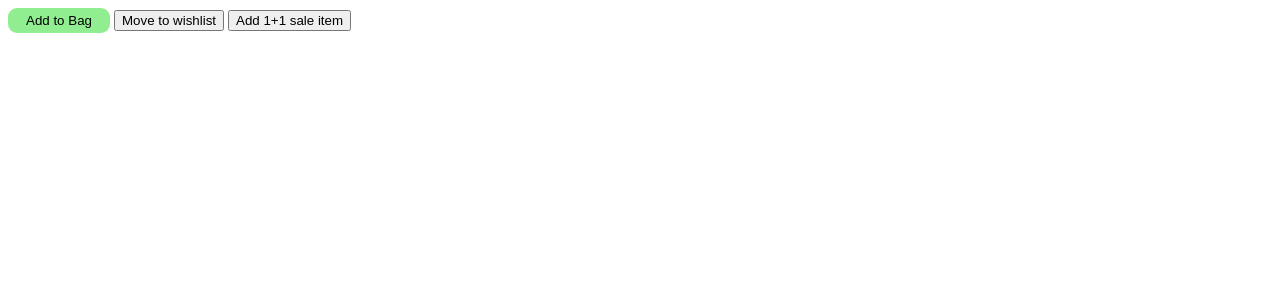
Repository: nihalani20/Learning-Js
Page: practice_set2/index.html
The author's editor kept a copy of each file at every save. The page is drawn from the files as they stood at one save, then again after the next save.
The browser window is 1280 px wide. The pictures show the whole page.

Above is the page before, as saved 2023-12-09 12:24:40.

After the next save:
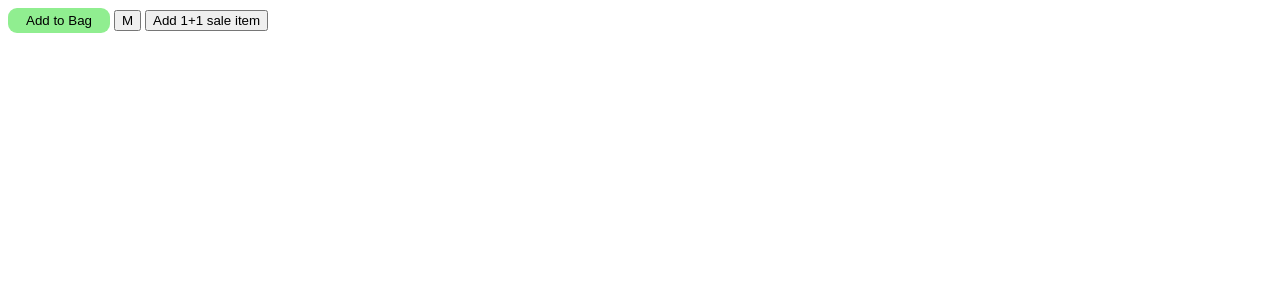
Saved 12 s later.
--- a/practice_set2/index.html
+++ b/practice_set2/index.html
@@ -10,7 +10,7 @@
 <body>
   <main>
      <button class="bag" onclick="alert('Added to bag')">Add to Bag</button>
-      <button class="wishlist" onclick="alert('Added to wishlist')">Move to wishlist</button>
+      <button class="wishlist" onclick="alert('Added to wishlist')">M</button>
       <button class="item" onclick="alert('Item added')">Add 1+1 sale item</button>
 
   </main>
